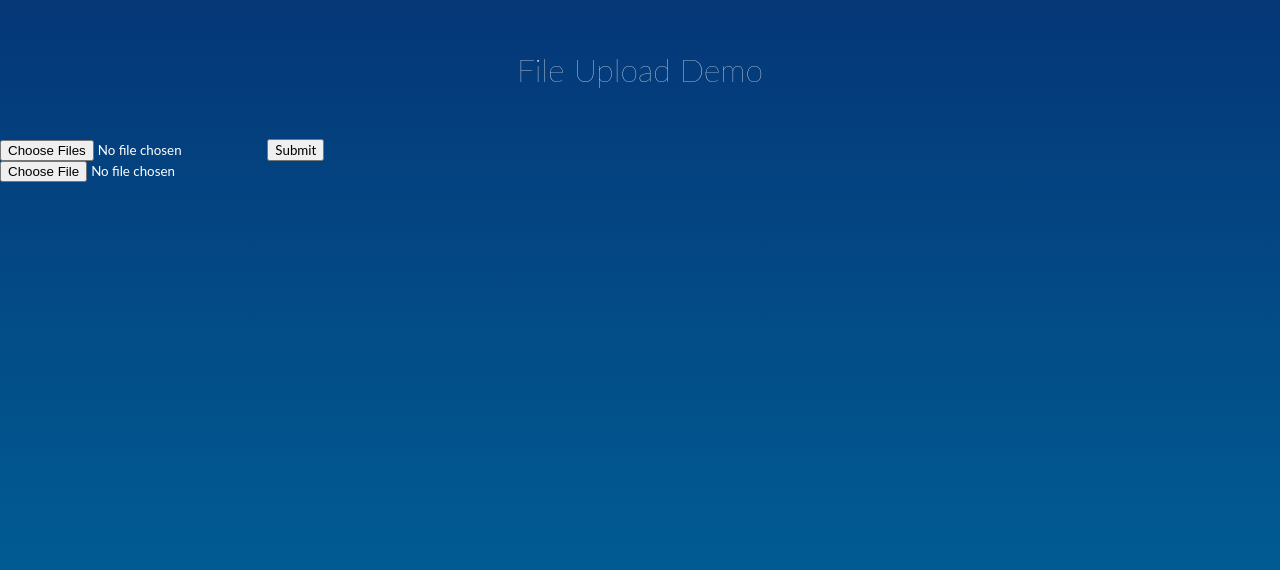
Repository: rakeshgowdan/Servlets-Jsp
Page: http://localhost/FileUploadDemo/
These files come from the project's save history. The page is drawn as it stood at one moment and after the next save; the edit follows.
The browser window is 1280 px wide. The pictures show the whole page.
The page is served by Tomcat 9. Other server files are loaded and not shown.

Above is the page before, as saved 2019-02-04 15:51:49.

### FileUploadDemo/src/main/webapp/index.jsp
<html>
<body>
<head>
<h1>File Upload Demo</h1>
<style>
/* ===================== BASIC STYLING ===================== */
* {
	box-sizing: border-box;
	font-family: 'Lato', sans-serif;
}

html, body {
	margin: 0;
	padding: 0;
	font-weight: 300;
	height: 100%;
	background: #053777;
	color: #fff;
	font-size: 16px;
	overflow: hidden;
	background: -moz-linear-gradient(top, #053777 0%, #00659b 100%);
	/* FF3.6+ */
	background: -webkit-gradient(linear, left top, left bottom, color-stop(0%, #053777),
		color-stop(100%, #00659b));
	/* Chrome,Safari4+ */
	background: -webkit-linear-gradient(top, #053777 0%, #00659b 100%);
	/* Chrome10+,Safari5.1+ */
	background: -o-linear-gradient(top, #053777 0%, #00659b 100%);
	/* Opera 11.10+ */
	background: -ms-linear-gradient(top, #053777 0%, #00659b 100%);
	/* IE10+ */
	background: linear-gradient(to bottom, #053777 0%, #00659b 100%);
	/* W3C */
}

h1 {
	text-align: center;
	margin: 50px auto;
	font-weight: 100;
}
}
}
</style>
</head>
<form action="Upload" method="post" enctype="multipart/form-data">

	<input type="file" name="file" multiple /> <input type="submit">


<div class="container">
  <form action="Upload" method="post" enctype="multipart/form-data" class="form">
    <div class="file-upload-wrapper" data-text="Select your file!">
      <input name="file-upload-field" type="file" class="file-upload-field" value="">
    </div>
  </form>
</div>

</form>
</body>
</html>

After the next save:
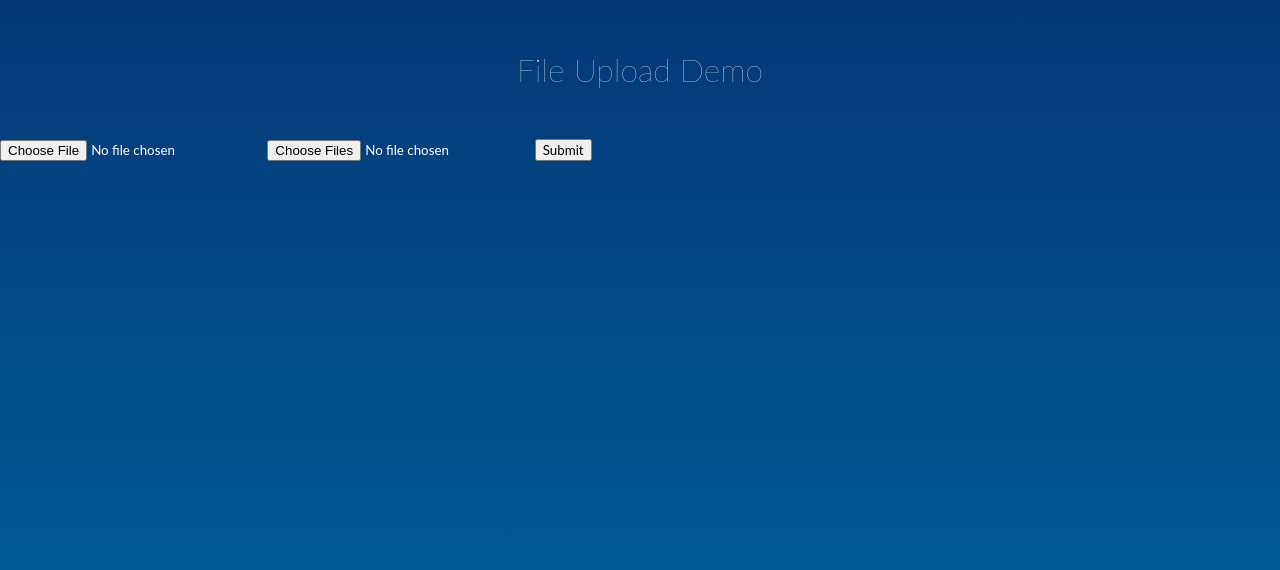
Saved 27 s later.
--- a/FileUploadDemo/src/main/webapp/index.jsp
+++ b/FileUploadDemo/src/main/webapp/index.jsp
@@ -42,15 +42,16 @@ h1 {
 }
 </style>
 </head>
-<form action="Upload" method="post" enctype="multipart/form-data">
 
-	<input type="file" name="file" multiple /> <input type="submit">
+
+
 
 
 <div class="container">
   <form action="Upload" method="post" enctype="multipart/form-data" class="form">
     <div class="file-upload-wrapper" data-text="Select your file!">
       <input name="file-upload-field" type="file" class="file-upload-field" value="">
+      <input type="file" name="file" multiple /> <input type="submit">
     </div>
   </form>
 </div>
